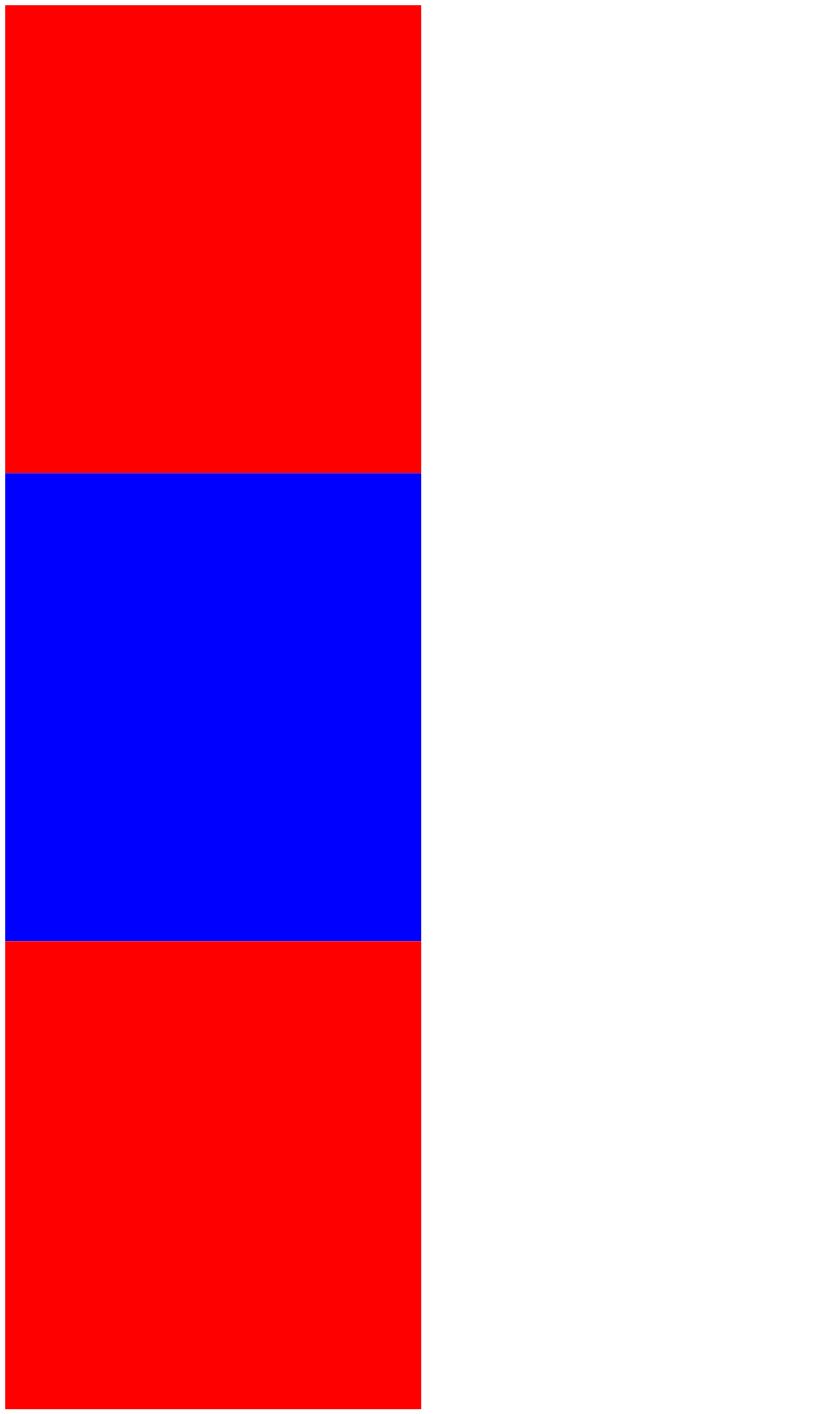
Repository: Sukhvir-Grewal/Driving-Test
Page: test.html
These files come from the project's save history. The page is drawn as it stood at one moment and after the next save; the edit follows.
The browser window is 1280 px wide. The pictures show the whole page, at 65% of full size.

Above is the page before, as saved 2024-01-28 16:52:48.

### test.html
<!DOCTYPE html>
<html lang="en">
<head>
    <meta charset="UTF-8">
    <meta name="viewport" content="width=device-width, initial-scale=1.0">
    <title>Document</title>
</head>
<style>
    .container1, .container2, .container3{
        height: 100vh;
        width: 50vw;
        background-color: red;
    }
    .container2{
        background-color: green;
    }
    .container2{
        background-color: blue;
    }
</style>
<body>
    <div class="container1"></div>
    <div class="container2"></div>
    <div class="container3"></div>
</body>
</html>

After the next save:
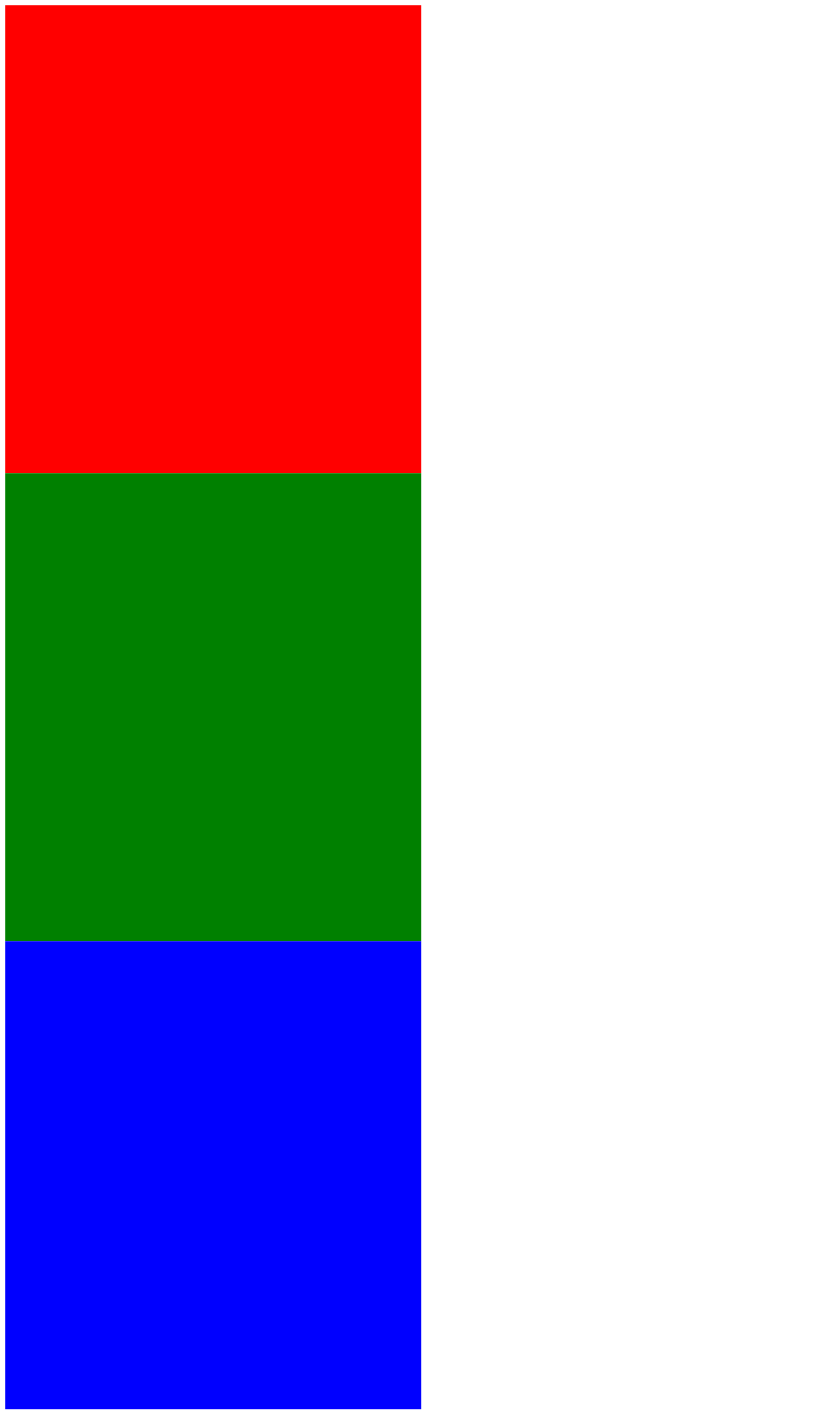
Saved 8 s later.
--- a/test.html
+++ b/test.html
@@ -14,7 +14,7 @@
     .container2{
         background-color: green;
     }
-    .container2{
+    .container3{
         background-color: blue;
     }
 </style>
